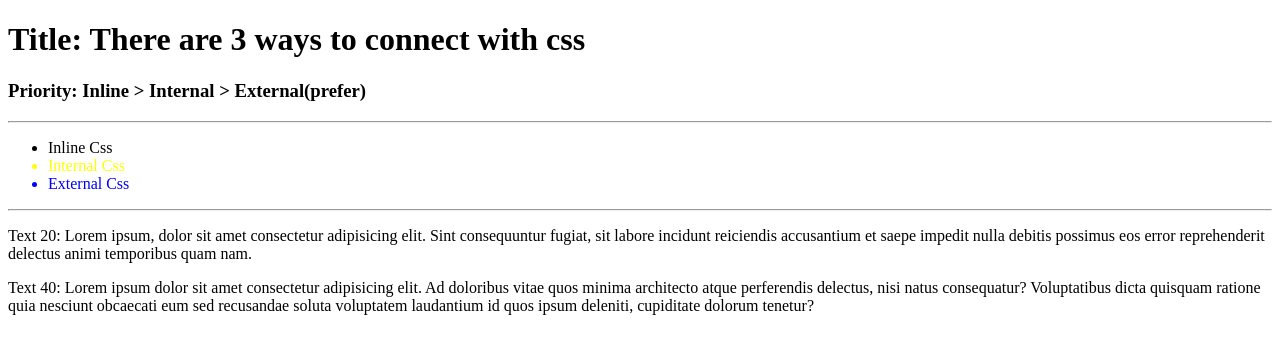
Repository: j4tdn/java18-repository
Page: 2. CSS3/ex01-test-css-connection.html
An editor plug-in stored every save of this project. The page is shown before and after the next save, followed by the edit.
The browser window is 1280 px wide. The pictures show the whole page.

Above is the page before, as saved 2023-10-21 17:49:04.

After the next save:
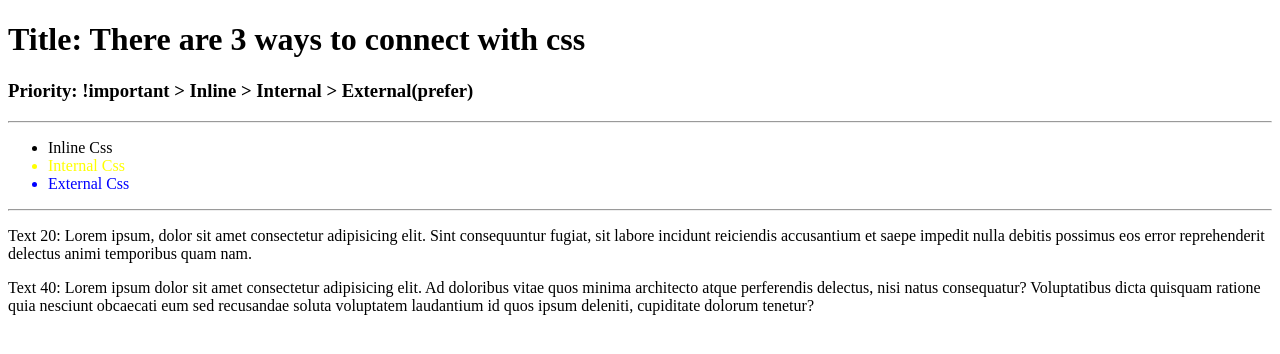
Saved 45 s later.
--- a/2. CSS3/ex01-test-css-connection.html
+++ b/2. CSS3/ex01-test-css-connection.html
@@ -9,7 +9,9 @@
   <body>
     <!-- html comments -->
     <h1>Title: There are 3 ways to connect with css</h1>
-    <h3 class="text-orange">Priority: Inline > Internal > External(prefer)</h3>
+    <h3 class="text-orange">
+      Priority: !important > Inline > Internal > External(prefer)
+    </h3>
 
     <hr />
 
